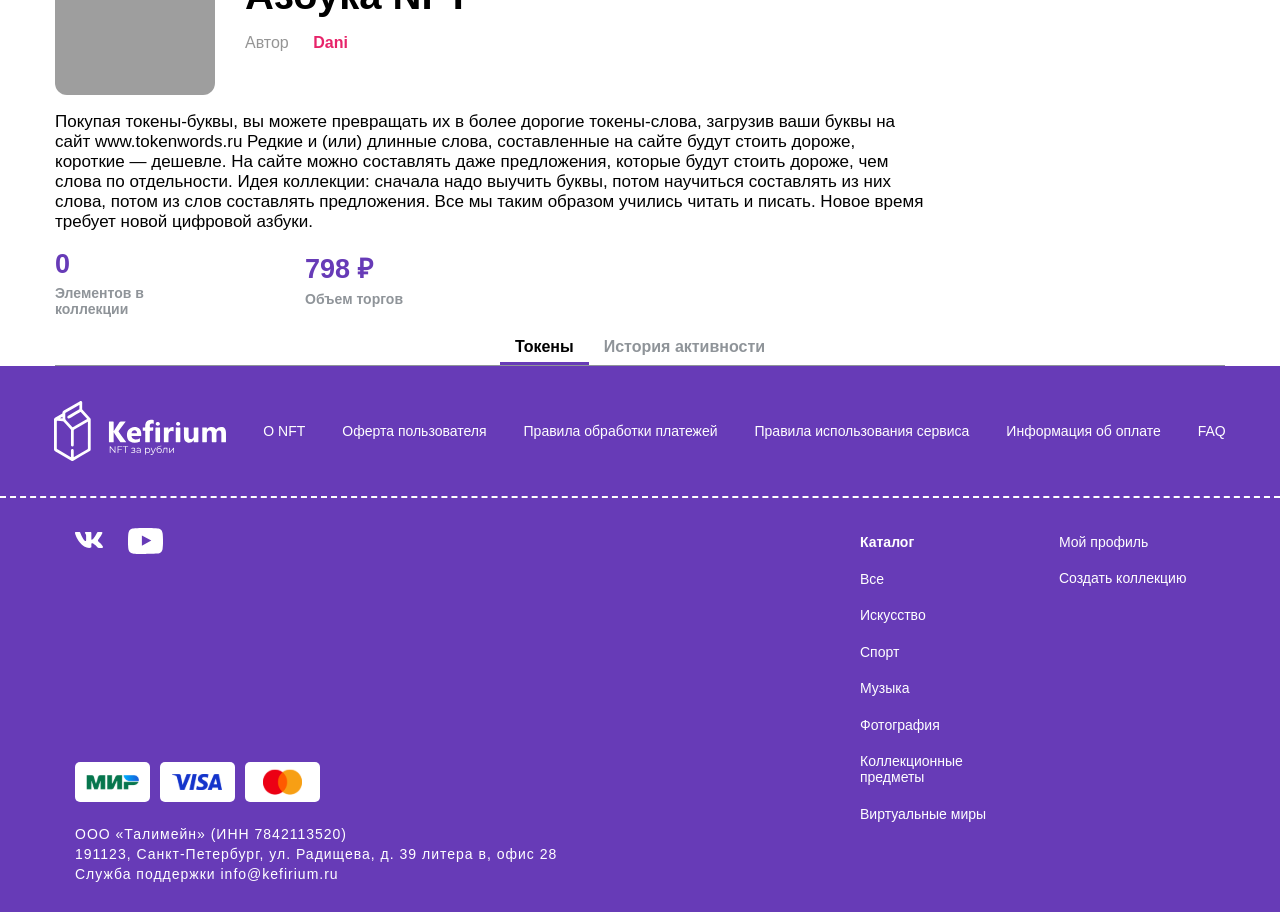
Repository: danchikko/kefirium
Page: /collection
These files come from the project's save history. The page is drawn as it stood at one moment and after the next save; the edit follows.
The browser window is 1280 px wide. The pictures show the part of the page from y = 465 to 1417 px (the page is 1377 px tall before and 1417 px after).
Pictures or frames that could not be fetched are drawn as grey boxes. The project was rebuilt for these pictures with package versions that can differ from the ones it lists, and the page was loaded fresh each time. Requests to the local data server were answered from the project's data file. Also part of the build but not shown: src/components/signUp/Navs.js, src/utils/helpers/constants.js, src/components/signUp/FormPhysic.js, src/components/signUp/FormJur.js, src/components/signUp/SignUp.js, src/components/signIn/Form.js, src/components/signIn/SignIn.js, src/components/header/Register.js and 48 more.

Above is the page before, as saved 2022-08-18 15:12:58.

After the next save:
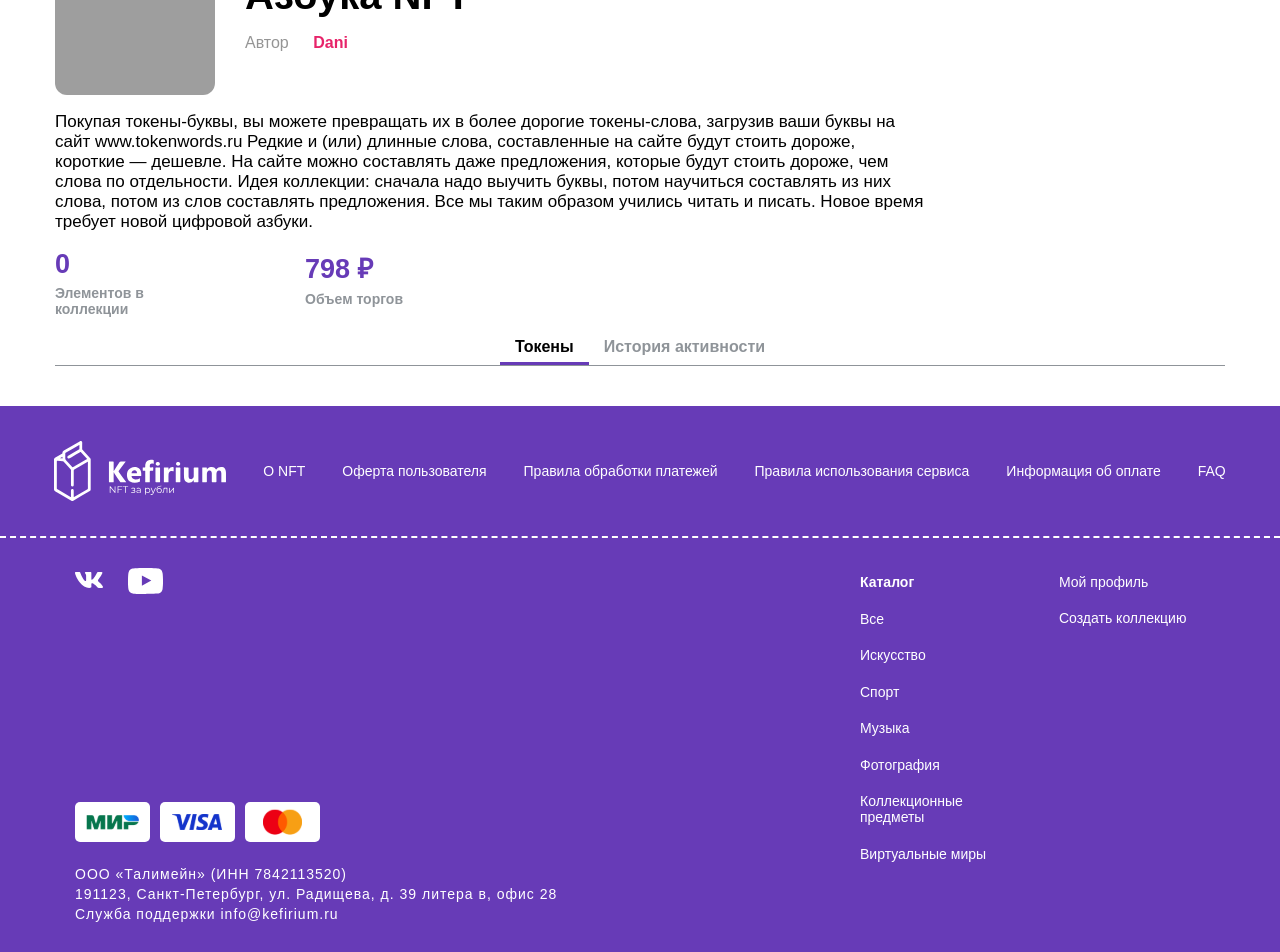
Saved 6 s later.
--- a/src/pages/collections/CollectionNavbar.js
+++ b/src/pages/collections/CollectionNavbar.js
@@ -45,7 +45,7 @@ const Navbar = styled.div`
 	border-bottom: 1px solid #8f9499;
 	display: flex;
 	justify-content: center;
-    margin-: 40px;
+    margin-bottom: 40px;
 `
 
 const ButtonTrue = styled.div`
